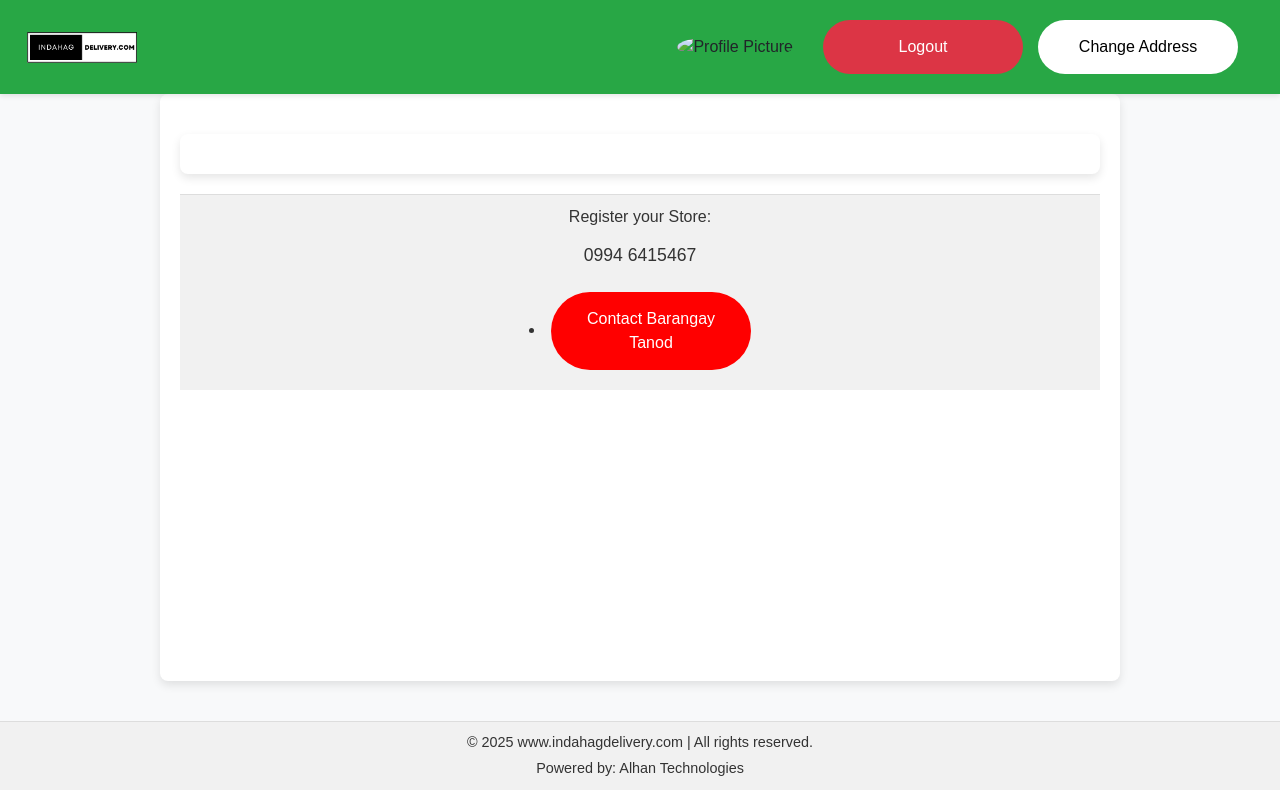
Repository: Jijiluzana225/indahagdelivery.com
Page: store/templates/store/store_list.html
The author's editor kept a copy of each file at every save. The page is drawn from the files as they stood at one save, then again after the next save.
The browser window is 1280 px wide. The pictures show the whole page.
The template is drawn by Django 5.2. The application's start-up code is not run. The template is opened directly, without the code that normally fills it, so the values that code supplies are empty.

Above is the page before, as saved 2025-02-07 09:50:29.

After the next save:
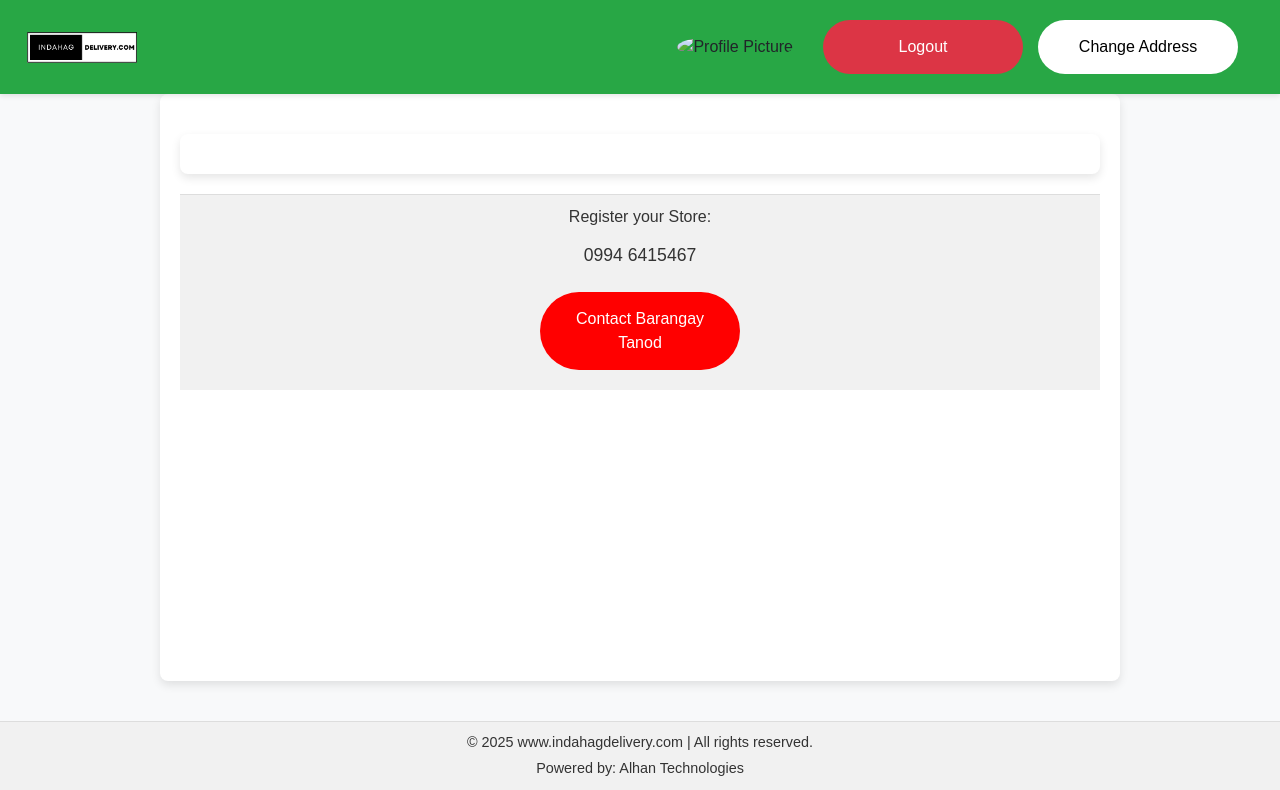
Saved 12 s later.
--- a/store/templates/store/store_list.html
+++ b/store/templates/store/store_list.html
@@ -225,9 +225,9 @@
     <footer>
         <p>Register your Store: <h3>0994 6415467</h3></p>
 
-        <li class="nav-item">
+
             <a href="{% url 'update_profile' %}" class="btn btn-link btn-sm text-white" style="background-color: red">Contact Barangay Tanod</a>
-        </li>
+
     </footer>
 
     <script>
